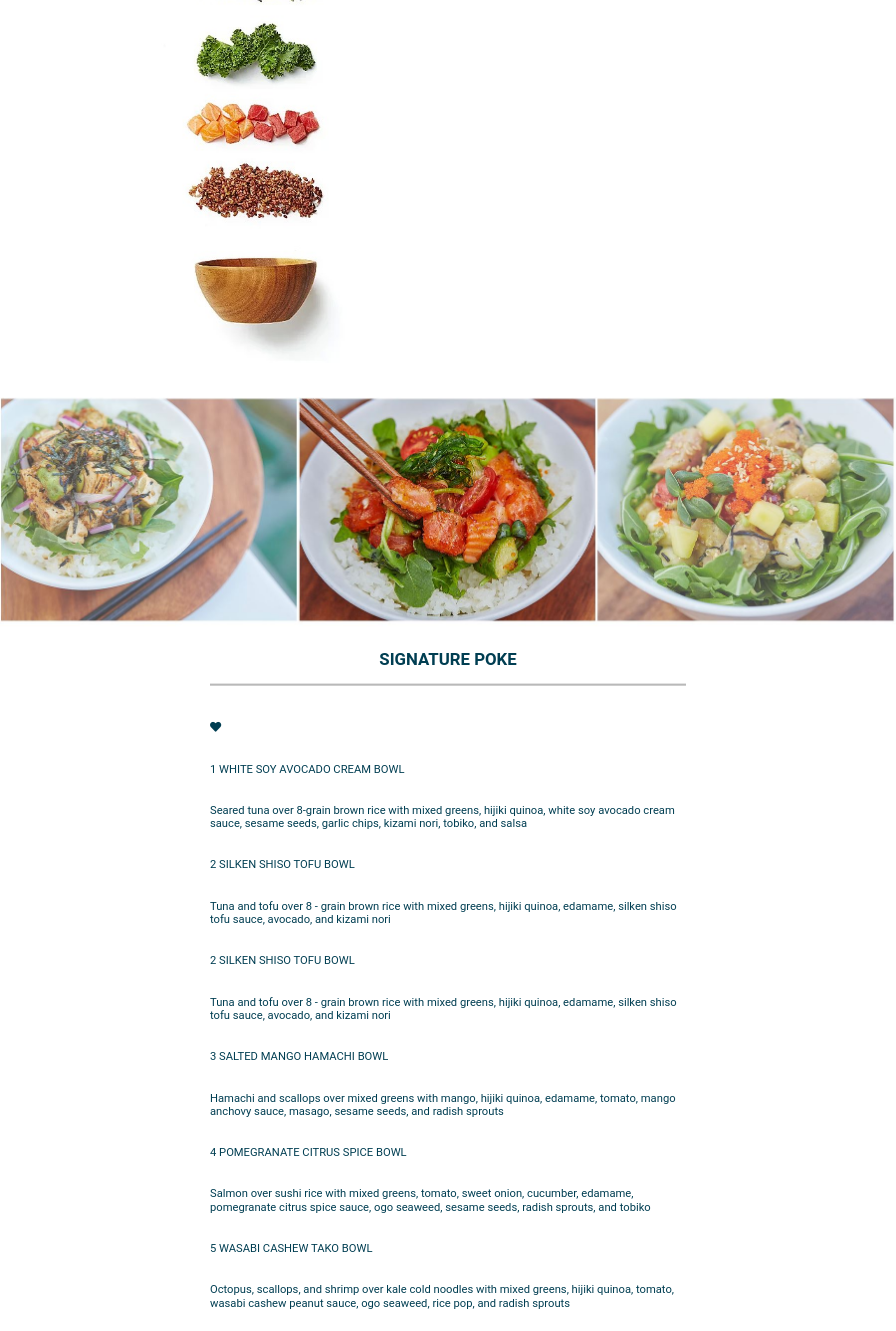
Repository: ypiard85/kome-waza
Page: index.html
These files come from the project's save history. The page is drawn as it stood at one moment and after the next save; the edit follows.
The browser window is 1280 px wide. The pictures show the part of the page from y = 1121 to 3041 px (the page is 3022 px tall before and 3041 px after), at 70% of full size.

Above is the page before, as saved 2021-02-23 11:26:38.

After the next save:
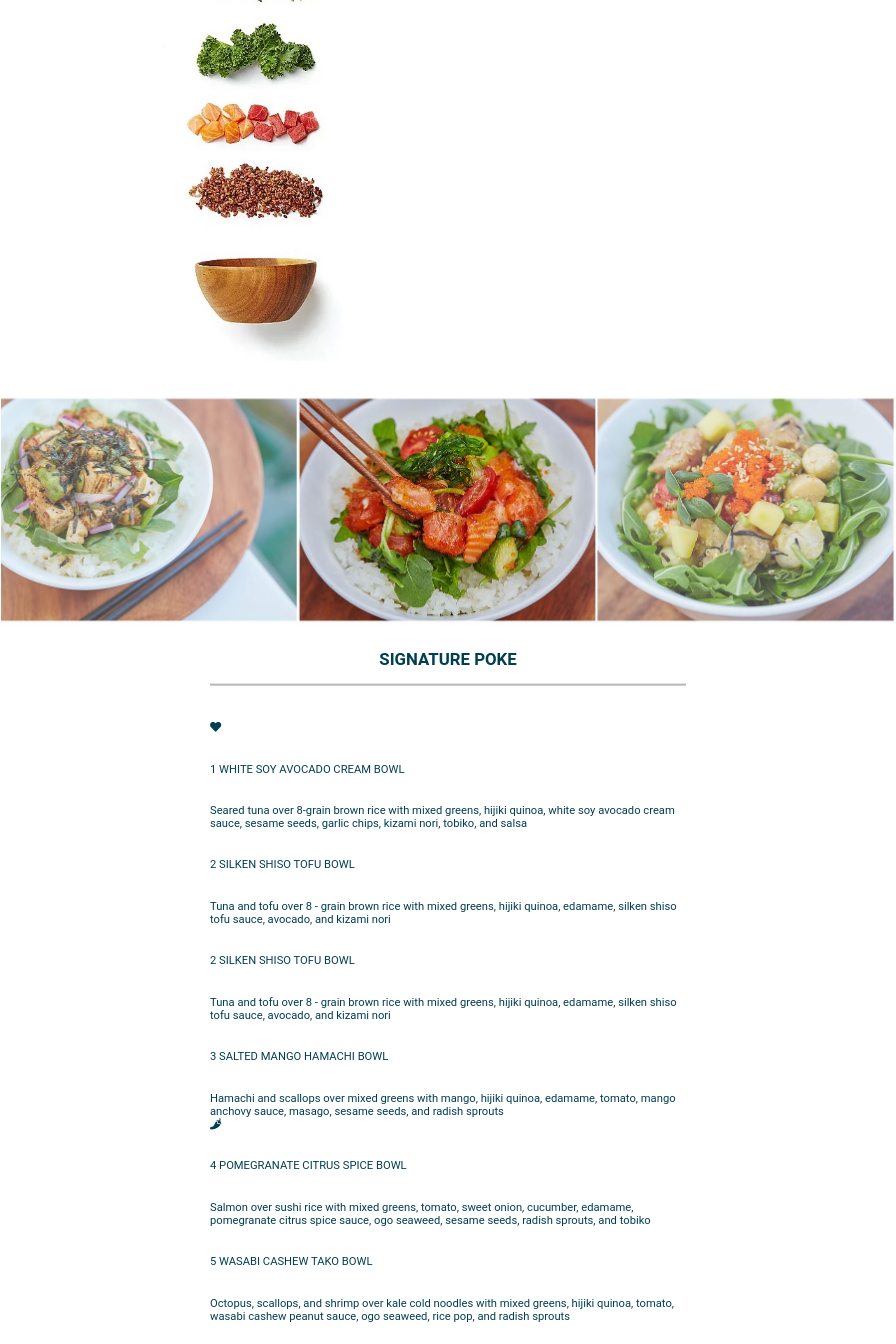
Saved 55 s later.
--- a/index.html
+++ b/index.html
@@ -99,6 +99,7 @@
             </div>
           </div>
           <div class="content_option">
+            <i class="fas fa-pepper-hot"></i>
             <div>
               <p class="title">4  POMEGRANATE CITRUS SPICE BOWL</p>
               <p class="content">
